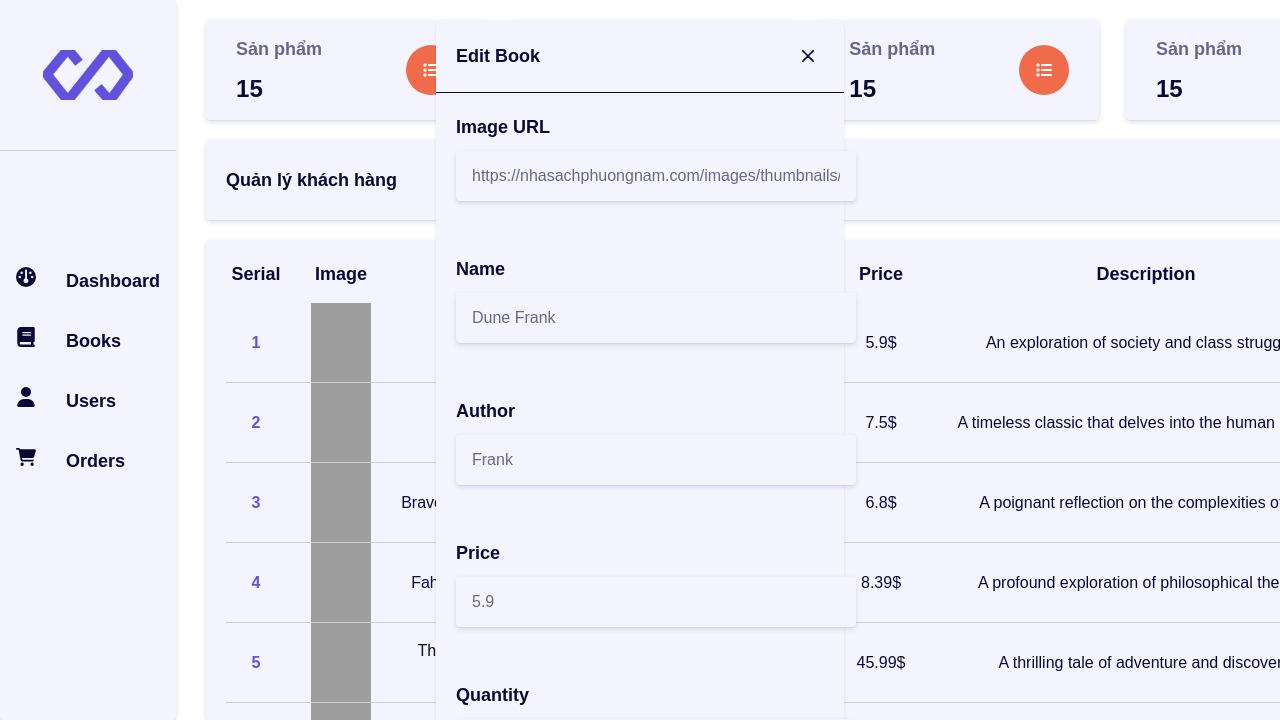
Repository: kauittt/BookStore_FE
Page: / (app in book-store/), after clicking the first element matching `svg.fa-pen`
The author's editor kept a copy of each file at every save. The page is drawn from the files as they stood at one save, then again after the next save.
The browser window is 1280 px wide. The pictures show the whole page.
Pictures or frames that could not be fetched are drawn as grey boxes. An inner scrolling area shows only its first screen. The project was rebuilt for these pictures with package versions that can differ from the ones it lists, and the page was loaded fresh each time. Also part of the build but not shown: book-store/vite.config.js, book-store/src/components/login-signup/Login.jsx, book-store/src/components/book/BookItem.jsx, book-store/src/components/book/BookList.jsx, book-store/src/components/elements/BackNavigation.jsx, book-store/src/components/book/BookDetail.jsx, book-store/src/components/cart/QuantitySelector.jsx, book-store/src/components/cart/CartItem.jsx and 3 more.

Above is the page before, as saved 2024-07-20 13:21:52.

### book-store/src/index.css
@tailwind base;

* {
    scrollbar-width: thin;
}

@tailwind components;
@tailwind utilities;

.container {
    width: 100%;
}
@media (min-width: 640px) {
    .container {
        max-width: 640px;
    }
}
@media (min-width: 768px) {
    .container {
        max-width: 768px;
    }
    @media (min-width: 1024px) {
        .container {
            max-width: 1024px;
        }
    }
    @media (min-width: 1280px) {
        .container {
            max-width: 1280px;
        }
    }
    @media (min-width: 1400px) {
        .container,
        .container-lg,
        .container-md,
        .container-sm,
        .container-xl,
        .container-xxl {
            max-width: 1320px;
        }
    }
}

### book-store/src/components/admin/AdminNav.jsx
import PropTypes from "prop-types";
import { FontAwesomeIcon } from "@fortawesome/react-fontawesome";
import {
    faCartShopping,
    faUser,
    faBook,
    faGauge,
} from "@fortawesome/free-solid-svg-icons";

const AdminNav = () => {
    return (
        <div
            className="flex flex-col  gap-[100px]
            font-semibold text-lg  w-[260px]
            bg-bgr-main shadow-custom rounded"
        >
            <div
                className="w-full flex justify-center mt-[50px] pb-[50px]
            border-b border-border"
            >
                <img
                    src="./image/Logo.png"
                    alt="Logo"
                    className="w-[90px] h-[50px]  object-cover"
                />
            </div>

            <div>
                <div
                    className="p-[16px]
            transition-all duration-200 ease-in-out
            group hover:bg-bgr-white hover:shadow-custom rounded
            cursor-pointer"
                >
                    <p className="flex gap-[10px]">
                        <FontAwesomeIcon
                            className="mr-[20px] w-[20px] h-[20px]"
                            icon={faGauge}
                        />
                        Dashboard
                    </p>
                </div>
                <div
                    className="p-[16px]
            transition-all duration-200 ease-in-out
            group hover:bg-bgr-white hover:shadow-custom rounded
            cursor-pointer"
                >
                    <p className="flex gap-[10px]">
                        <FontAwesomeIcon
                            className="mr-[20px] w-[20px] h-[20px]"
                            icon={faBook}
                        />
                        Books
                    </p>
                </div>
                <div
                    className="p-[16px]
            transition-all duration-200 ease-in-out
            group hover:bg-bgr-white hover:shadow-custom rounded
            cursor-pointer"
                >
                    <p className="flex gap-[10px]">
                        <FontAwesomeIcon
                            className="mr-[20px]  w-[20px] h-[20px]"
                            icon={faUser}
                        />
                        Users
                    </p>
                </div>
                <div
                    className="p-[16px]
            transition-all duration-200 ease-in-out
            group hover:bg-bgr-white hover:shadow-custom rounded
            cursor-pointer"
                >
                    <p className="flex gap-[10px]">
                        <FontAwesomeIcon
                            className="mr-[20px] w-[20px] h-[20px]"
                            icon={faCartShopping}
                        />
                        Orders
                    </p>
                </div>
            </div>
        </div>
    );
};

AdminNav.propTypes = {
    book: PropTypes.object,
};
export default AdminNav;

### book-store/src/components/admin/ManageList.jsx
import React from "react";
import PropTypes from "prop-types";
import { FontAwesomeIcon } from "@fortawesome/react-fontawesome";
import {
    faCartShopping,
    faUser,
    faBook,
    faGauge,
} from "@fortawesome/free-solid-svg-icons";
import ManageItem from "./ManageItem";
import FormButton from "./../elements/FormButton";
const ManageList = (props) => {
    console.log(window.innerHeight);
    const category = [
        {
            group: "Order",
            fields: [
                { name: "Serial", width: "50px" },
                { name: "Customer Name", width: "150px" },
                { name: "Book Title", width: "150px" },
                { name: "Quantity", width: "100px" },
                { name: "Price", width: "100px" },
                { name: "Phone Number", width: "100px" },
                { name: "Address", flex: "1" }, // Use flex for flexible widths
            ],
        },
        {
            group: "Book",
            fields: [
                { name: "Serial", style: "w-[60px] text-center" },
                { name: "Image", style: "w-[80px] text-center" },
                { name: "Book Title", style: "w-[250px] text-center" },
                { name: "Category", style: "w-[100px] text-center" },
                { name: "Stock", style: "w-[60px] text-center" },
                { name: "Price", style: "w-[60px] text-center" },
                { name: "Description", style: "flex-1 text-center" },
            ],
        },
        {
            group: "User",
            fields: [
                { name: "Serial", width: "50px" },
                { name: "Username", width: "150px" },
                { name: "Name", width: "200px" },
                { name: "Role", width: "100px" },
                { name: "Email", width: "200px" },
                { name: "Phone Number", width: "150px" },
                { name: "Address", flex: "1" },
            ],
        },
    ];

    return (
        //* Danh sách sản phẩm
        <div
            className="max-w-[1200px] w-[1200px] p-[20px] pr-[40px]
        flex flex-col gap-[15px] bg-bgr-main shadow-custom rounded
        overflow-y-auto"
        >
            {/*//* Category */}
            <div
                className="flex justify-between items-center gap-[15px]
            font-semibold text-lg"
            >
                {category[1].fields.map((field, index) => (
                    <p key={index} className={`${field.style} `}>
                        {field.name}
                    </p>
                ))}
            </div>

            {/*//* List Item */}
            <div className="flex flex-col max-h-full ">
                {props.books.map((book, index) => (
                    <ManageItem
                        data={book}
                        category={category[1].fields}
                        key={index}
                        index={index}
                    ></ManageItem>
                ))}
            </div>

            {/* <div className="flex justify-end">
                <FormButton name="Checkout"></FormButton>
            </div> */}
        </div>
    );
};
ManageList.propTypes = {
    books: PropTypes.array,
};
export default ManageList;

### book-store/src/components/admin/AdminPage.jsx
import React from "react";
import PropTypes from "prop-types";
import ManageList from "./ManageList";
import AdminNav from "./AdminNav";
import Card from "./../elements/Card";
import ManageTitle from "./ManageTitle";
import { FontAwesomeIcon } from "@fortawesome/react-fontawesome";
import {
    faCircleUser,
    faCartShopping,
    faHandHoldingDollar,
    faList,
} from "@fortawesome/free-solid-svg-icons";

const AdminPage = (props) => {
    return (
        <div
            className="flex gap-[30px] justify-between
        max-h-screen overflow-hidden
        "
        >
            {/*//* Left  */}
            <AdminNav></AdminNav>

            {/*//* Right  */}
            <div className="flex flex-col gap-[20px] pt-[20px] pr-[20px]">
                {/*//* Cards  */}
                <div className="flex justify-between items-center ">
                    <Card name="Sản phẩm" quantity={15} icon={faList}></Card>
                    <Card name="Sản phẩm" quantity={15} icon={faList}></Card>
                    <Card name="Sản phẩm" quantity={15} icon={faList}></Card>
                    <Card name="Sản phẩm" quantity={15} icon={faList}></Card>
                </div>

                {/*//* Title  */}
                <ManageTitle
                    name="Quản lý khách hàng"
                    button="Add User"
                ></ManageTitle>

                {/*//* List  */}
                <ManageList books={props.books}></ManageList>
            </div>
        </div>
    );
};

AdminPage.propTypes = {
    books: PropTypes.array,
};
export default AdminPage;

### book-store/src/components/elements/Card.jsx
import React from "react";
import PropTypes from "prop-types";
import { FontAwesomeIcon } from "@fortawesome/react-fontawesome";
import {
    faCircleUser,
    faCartShopping,
    faHandHoldingDollar,
    faList,
} from "@fortawesome/free-solid-svg-icons";
const Card = (props) => {
    return (
        <div
            className="flex items-center justify-between
            w-[280px] h-[100px] bg-bgr-main p-[30px]
        rounded shadow-custom"
        >
            <div className="flex flex-col gap-[10px]">
                <p className="text-lg text-text-light font-semibold">
                    {props.name}
                </p>
                <p className="text-2xl font-semibold">{props.quantity}</p>
            </div>
            <FontAwesomeIcon
                className="p-[17px] rounded-full
             bg-bgr-color text-text-white"
                icon={props.icon}
            />
            {/* <FontAwesomeIcon icon={faCartShopping} />
            <FontAwesomeIcon icon={faHandHoldingDollar} />
            <FontAwesomeIcon icon={faCircleUser} /> */}
        </div>
    );
};

Card.propTypes = {
    name: PropTypes.string,
    quantity: PropTypes.number,
    icon: PropTypes.object,
    color: PropTypes.string,
};
export default Card;

### book-store/src/components/elements/FormButton.jsx
import PropTypes from "prop-types";

const FormButton = ({
    name = "Button",
    main = true,
    type = "button",
    disabled = false,
    ...props
}) => {
    return (
        <button
            type={type}
            disabled={disabled}
            className={`m-w-[100px] w-[100px] m-h-[40px] h-[40px] leading-[40px]
            rounded text-lg font-semibold
            flex items-center justify-center
            cursor-pointer shadow-custom
            transition-all duration-200 ease-in-out
            bg-bgr-white
            ${main ? "bg-bgr-white" : "bg-bgr-white"}
            ${main ? "text-text-color" : "text-bgr-color"}
            ${
                main
                    ? "border border-text-color hover:bg-text-color hover:text-text-white"
                    : "border border-bgr-color hover:bg-bgr-color hover:text-text-white"
            }
            `}
            {...props}
        >
            {name}
        </button>
    );
};

FormButton.propTypes = {
    main: PropTypes.bool,
    name: PropTypes.string.isRequired,
    type: PropTypes.string,
    disabled: PropTypes.bool,
};

export default FormButton;

### book-store/src/components/elements/FormInput.jsx
import { Field, useField } from "formik";
import PropTypes from "prop-types";

const FormInput = ({ label, type = "text", ...props }) => {
    const [field, meta] = useField(props);

    return (
        <div className="flex flex-col gap-[10px] w-[400px]">
            <label
                className="font-semibold text-lg"
                htmlFor={props.id || props.name}
            >
                {label}
            </label>
            <Field
                autoComplete="off"
                className="bg-bgr-main p-4 h-[50px] rounded
                    text-text-light
                    shadow-custom
                    focus:outline-none focus:ring-2 focus:ring-text-color"
                {...field}
                {...props}
                type={type}
            />
            <div className="h-[24px]">
                {meta.touched && meta.error ? (
                    <div className="text-text-error font-medium">
                        {meta.error}
                    </div>
                ) : null}
            </div>
        </div>
    );
};

FormInput.propTypes = {
    label: PropTypes.string.isRequired,
    id: PropTypes.string,
    name: PropTypes.string.isRequired,
    placeholder: PropTypes.string,
    type: PropTypes.string,
};

export default FormInput;

### book-store/src/components/admin/ManageItem.jsx
import PropTypes from "prop-types";
import { FontAwesomeIcon } from "@fortawesome/react-fontawesome";
import { faPen } from "@fortawesome/free-solid-svg-icons";
import { useState } from "react";
import Modal from "../elements/Modal";

const ManageItem = (props) => {
    // STT | Tên khách | Tên sách | Số lượng | Giá     | Phone | Address
    // STT | Hình      | Tên sách | Danh mục | Tồn kho | Giá   | Mô tả
    // STT | Username  | Name     | Role     | Email   | Phone | Address

    const isImage = props.data.image ? true : false;

    //* Handle model
    const [showModal, setShowModal] = useState(false);
    const [currentData, setCurrentData] = useState({});

    const handleEditClick = () => {
        setCurrentData(props.data);
        setShowModal(true);
    };

    const handleSave = (updatedData) => {
        console.log("Updated data:", updatedData);
        // Add logic to update the data in the parent component or backend
    };

    return (
        <div
            className="flex justify-between  items-center
                gap-[15px] min-h-[80px] h-[80px] relative
                border-b border-border"
        >
            <p
                className={`${props.category[0].style} font-semibold text-text-color`}
            >
                {props.index + 1}
            </p>

            {isImage ? (
                <div
                    className={`${props.category[1].style} h-full
                flex items-center justify-center`}
                >
                    <img
                        className="w-[60px] h-full object-cover"
                        src={props.data.image}
                        alt="Image"
                    />
                </div>
            ) : (
                <p className={`${props.category[1].style} `}>Tăng Khải Minh</p>
            )}

            <p className={`${props.category[2].style} `}>
                {props.data.name + " - " + props.data.author}
            </p>

            <p className={`${props.category[3].style} `}>Danh mục</p>

            <p className={`${props.category[4].style} `}>
                {props.data.quantity}
            </p>

            <p className={`${props.category[5].style} `}>{props.data.price}$</p>

            <p className={`${props.category[6].style} `}>
                {props.data.description}
            </p>

            <FontAwesomeIcon
                className="absolute right-[-38px] p-[10px] rounded cursor-pointer
                text-bgr-color
                transition-all duration-200 ease-in-out
                hover:bg-bgr-color hover:text-text-white  "
                icon={faPen}
                onClick={handleEditClick}
            />

            {showModal && (
                <Modal
                    onClose={() => setShowModal(false)}
                    data={currentData}
                    onSave={handleSave}
                />
            )}
        </div>
    );
};
ManageItem.propTypes = {
    data: PropTypes.object,
    category: PropTypes.array,
    index: PropTypes.number,
};
export default ManageItem;

### book-store/src/components/admin/ManageTitle.jsx
import React from "react";
import PropTypes from "prop-types";
import FormButton from "./../elements/FormButton";

const ManageTitle = (props) => {
    return (
        <div
            className="flex justify-between items-center
        h-[80px] bg-bgr-main p-[20px]
            rounded shadow-custom"
        >
            <p className="font-semibold text-lg">{props.name}</p>
            <FormButton name={props.button}></FormButton>
        </div>
    );
};

ManageTitle.propTypes = {
    name: PropTypes.string,
    button: PropTypes.string,
};

export default ManageTitle;

### book-store/src/components/elements/Modal.jsx
import { useEffect } from "react";
import PropTypes from "prop-types";
import { Formik, Form } from "formik";
import * as Yup from "yup";
import FormInput from "./FormInput";
import FormButton from "./FormButton";

const Modal = ({ onClose, data, onSave }) => {
    const validationSchema = Yup.object({
        image: Yup.string().required("Required"),
        name: Yup.string().required("Required"),
        author: Yup.string().required("Required"),
        price: Yup.number().required("Required").positive("Must be positive"),
        quantity: Yup.number()
            .required("Required")
            .positive("Must be positive"),
        category: Yup.string().required("Required"),
        description: Yup.string().required("Required"),
    });

    // useEffect(() => {
    //     formik.setValues(data);
    // }, [data]);

    return (
        <div
            id="crud-modal"
            className="fixed inset-0 bg-black bg-opacity-50 flex justify-center items-center z-50"
        >
            <div className="relative p-[20px] w-full max-w-md max-h-full">
                <div className="relative bg-bgr-main rounded-lg shadow dark:bg-gray-700">
                    <div className="flex items-center justify-between p-4 md:p-5 border-b rounded-t dark:border-gray-600">
                        <h3 className="text-lg font-semibold text-gray-900 dark:text-white">
                            Edit Book
                        </h3>
                        <button
                            type="button"
                            className="text-gray-400 bg-transparent hover:bg-gray-200 hover:text-gray-900 rounded-lg text-sm w-8 h-8 ms-auto inline-flex justify-center items-center dark:hover:bg-gray-600 dark:hover:text-white"
                            onClick={onClose}
                        >
                            <svg
                                className="w-3 h-3"
                                aria-hidden="true"
                                xmlns="http://www.w3.org/2000/svg"
                                fill="none"
                                viewBox="0 0 14 14"
                            >
                                <path
                                    stroke="currentColor"
                                    strokeLinecap="round"
                                    strokeLinejoin="round"
                                    strokeWidth="2"
                                    d="m1 1 6 6m0 0 6 6M7 7l6-6M7 7l-6 6"
                                />
                            </svg>
                            <span className="sr-only">Close modal</span>
                        </button>
                    </div>
                    <Formik
                        initialValues={data}
                        validationSchema={validationSchema}
                        onSubmit={(values, actions) => {
                            onSave(values);
                            onClose();
                            actions.setSubmitting(false);
                        }}
                    >
                        {({ isSubmitting }) => (
                            <Form className="p-4 md:p-5 flex flex-col gap-[20px]">
                                <FormInput
                                    label="Image URL"
                                    id="image"
                                    name="image"
                                    placeholder="Enter image URL"
                                />
                                <FormInput
                                    label="Name"
                                    id="name"
                                    name="name"
                                    placeholder="Type product name"
                                />
                                <FormInput
                                    label="Author"
                                    id="author"
                                    name="author"
                                    placeholder="Enter author's name"
                                />
                                <FormInput
                                    label="Price"
                                    id="price"
                                    name="price"
                                    placeholder="Enter price"
                                    type="number"
                                />
                                <FormInput
                                    label="Quantity"
                                    id="quantity"
                                    name="quantity"
                                    placeholder="Enter quantity"
                                    type="number"
                                />
                                <FormInput
                                    label="Category"
                                    id="category"
                                    name="category"
                                    as="select"
                                >
                                    <option value="">Select category</option>
                                    <option value="TV">TV/Monitors</option>
                                    <option value="PC">PC</option>
                                    <option value="GA">Gaming/Console</option>
                                    <option value="PH">Phones</option>
                                </FormInput>
                                <FormInput
                                    label="Product Description"
                                    id="description"
                                    name="description"
                                    placeholder="Write product description here"
                                    as="textarea"
                                    rows="4"
                                />
                                <div className="flex gap-[10px] justify-end">
                                    <FormButton
                                        name="Save Changes"
                                        type="submit"
                                        disabled={isSubmitting}
                                        main={false}
                                    />
                                </div>
                            </Form>
                        )}
                    </Formik>
                </div>
            </div>
        </div>
    );
};

Modal.propTypes = {
    onClose: PropTypes.func.isRequired,
    data: PropTypes.object.isRequired,
    onSave: PropTypes.func.isRequired,
};

export default Modal;

Loaded but not shown: book-store/index.html (common file); book-store/src/main.jsx (common file); book-store/tailwind.config.js (34 lines, source omitted); book-store/src/App.jsx (146 lines, source omitted)

After the next save:
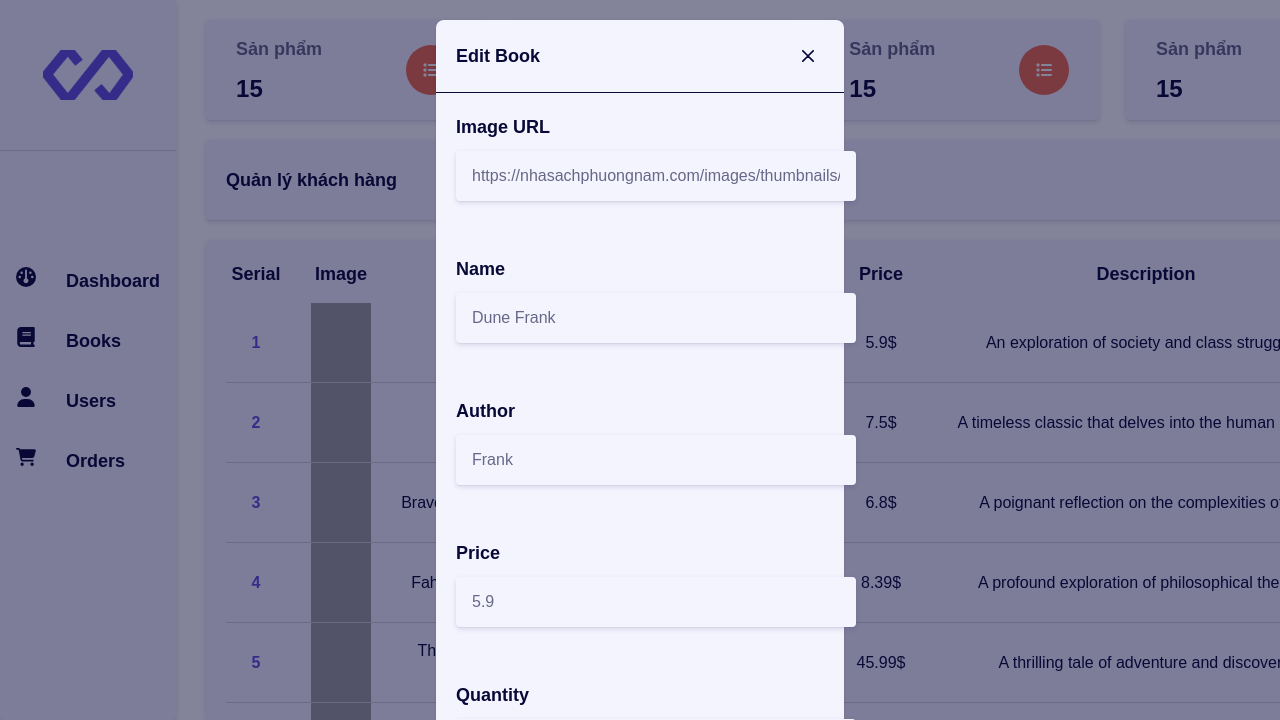
Saved 44 s later.
--- a/book-store/src/components/elements/Modal.jsx
+++ b/book-store/src/components/elements/Modal.jsx
@@ -25,7 +25,7 @@ const Modal = ({ onClose, data, onSave }) => {
     return (
         <div
             id="crud-modal"
-            className="fixed inset-0 bg-black bg-opacity-50 flex justify-center items-center z-50"
+            className="fixed inset-0 bg-text-normal bg-opacity-50 flex justify-center items-center z-50"
         >
             <div className="relative p-[20px] w-full max-w-md max-h-full">
                 <div className="relative bg-bgr-main rounded-lg shadow dark:bg-gray-700">
